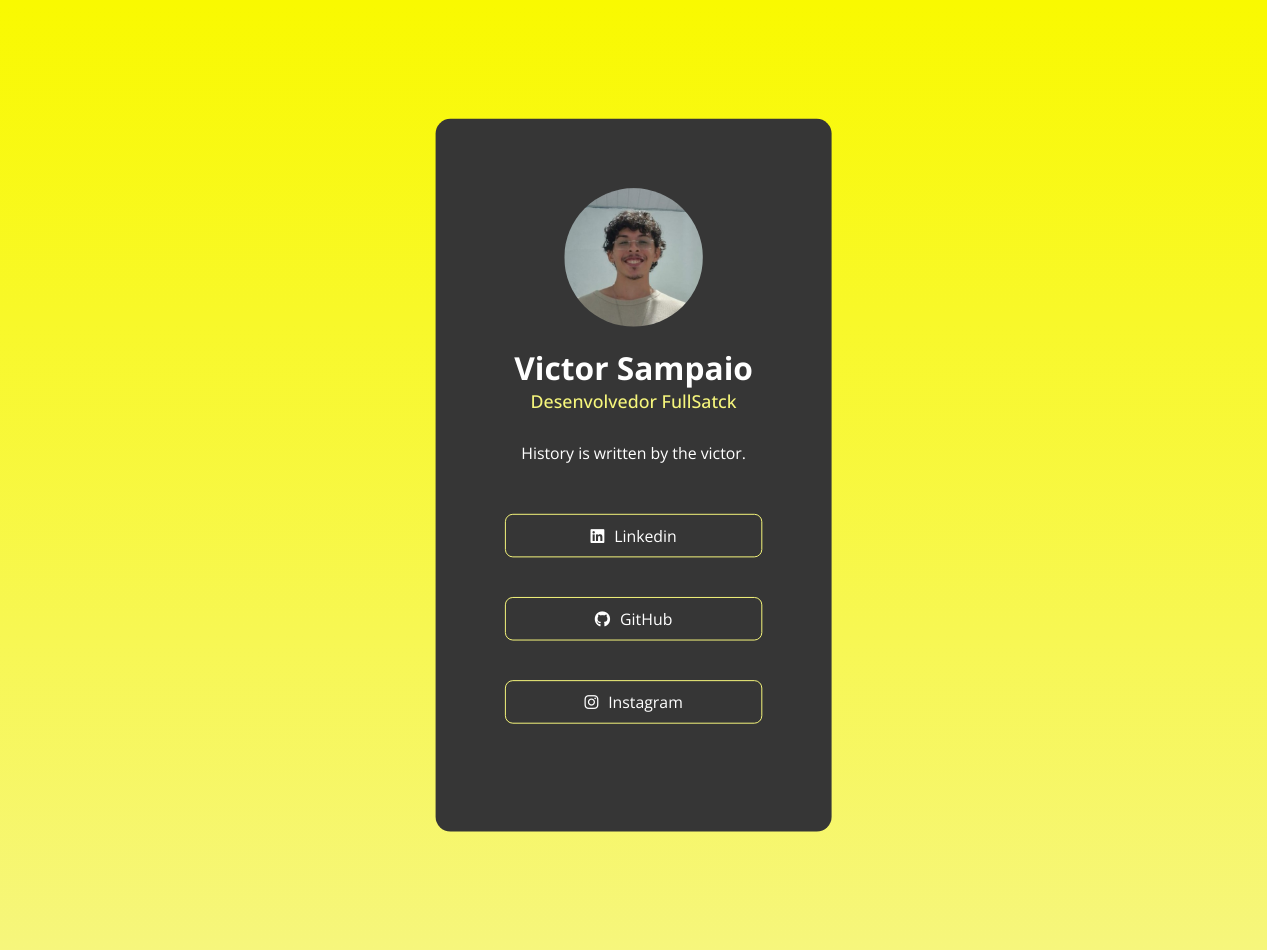
Repository: VictorSampaioDev/linkthree-gt9
Page: index.html
These files come from the project's save history. The page is drawn as it stood at one moment and after the next save; the edit follows.
The browser window is 1280 px wide. The pictures show the whole page, at 99% of full size.

Above is the page before, as saved 2025-04-11 16:08:54.
Not found: .effects.css

### index.html
<!DOCTYPE html>
<html lang="pt-br">
<head>
    <meta charset="UTF-8">
    <meta name="viewport" content="width=device-width, initial-scale=1.0">
    <title>linkthree JV</title>
    <link rel="stylesheet" href="style.css">
    <link rel="icon" type="image/png" href="assets/psyduck1.png">
    <link rel="preconnect" href="https://fonts.googleapis.com">
    <link rel="preconnect" href="https://fonts.gstatic.com" crossorigin>
    <link href="https://fonts.googleapis.com/css2?family=Open+Sans:ital,wght@0,300..800;1,300..800&display=swap" rel="stylesheet">
    <link rel="stylesheet" href="https://cdnjs.cloudflare.com/ajax/libs/font-awesome/6.5.0/css/all.min.css">
</head>
<body>
    <div class="container-main">
<!-- imagem -->
        <div class="container-image">
            <img src="./assets/image-profile.jpeg" alt="Foto de Perfil">
        </div>
<!-- Titulos -->
      <div class="container-infos">
        <h1>Victor Sampaio</h1>
        <h2>Desenvolvedor FullSatck</h2>
      </div>
<!-- Paragrafo -->
      <div class="container-paragrafo">
        <p>
            History is written by the victor.
        </p>
      </div>
<!-- lista estilizada ("botões") -->
      <div class="container-social-links">
        <ul>
                <a href="https://www.linkedin.com/in/joao-victor-sampaio-30a556355/" target="_blank">
                    <li>
                        <!-- icone -->
                        <i class="fa-brands fa-linkedin"></i>
                        <!-- paragrafo -->
                        <p>Linkedin</p>
                    </li>
                </a>

                <a href="https://github.com/VictorSampaioDev" target="_blank">
                   <li>
                    <i class="fa-brands fa-github"></i>
                    <p>GitHub</p>
                   </li>
                </a>

                <a href="https://www.instagram.com/jovetorr" target="_blank">
                   <li>
                    <i class="fa-brands fa-instagram"></i>
                    <p>Instagram</p>
                   </li>
                </a>
        </ul>
    </div>
</body>
</html>

### style.css

@import url(".effects.css");

* {
    font-family: "Open Sans", sans-serif;
    margin: 0;
    padding: 0;
    box-sizing: border-box;
}
body{
    background: linear-gradient(
        to bottom,
        rgb(249, 249, 0),
        rgb(246, 246, 124),
        rgb(0, 0, 0)
    );
    background-size: 200% 200%;
    animation: animateGradient 6s ease infinite;

}
.container-main{
    background-color: #363636;
    width: 400px;
    height: 720px;
    box-sizing: border-box;
    margin: 120px auto;
    padding: 70px;
    border-radius: 15px;
    text-align: center;
}
.container-image{

    & img{
       width: 140px;
       border-radius: 100%;
    }
}
.container-infos{
    margin-top: 15px;
    margin-bottom: 10px;
}
.container-infos h1{
    font-weight: 700;
    color: white;
}
.container-infos h2{
    font-weight: 500;
    font-size: 18px;
    color: rgb(246, 246, 124);
}
.container-paragrafo{
    margin-top: 30px;
    color: white;
    margin-bottom: 50px;
}
.container-social-links ul {
    display: flex;
    flex-direction: column;
    gap: 40px;
}
.container-social-links li {
    display: flex;
    justify-content: center;
    gap: 10px;
    align-items: center;
    border: 1px solid rgb(246, 246, 124);
    border-radius: 8px;
    padding: 10px;
    transition: background-color 0.3s;


    &:hover{
        background-color: rgb(246, 246, 124);
    }
  }

.container-social-links a {
    text-decoration: none;
    color: white;
    transition: color 0.3s;

    &:hover{
        color: black;
    }
}

After the next save:
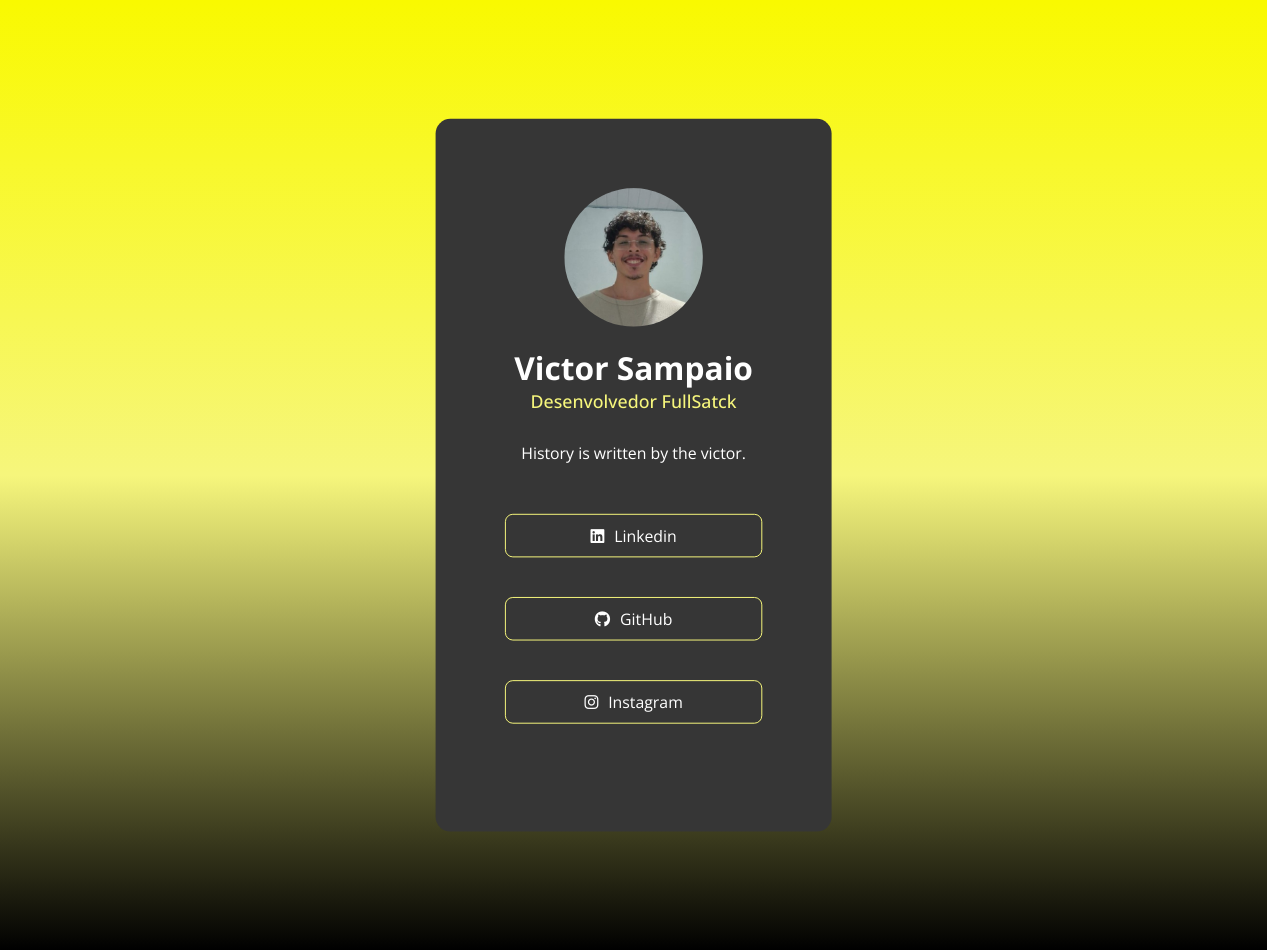
Saved 2 min 0 s later.
--- a/style.css
+++ b/style.css
@@ -14,7 +14,6 @@
         rgb(246, 246, 124),
         rgb(0, 0, 0)
     );
-    background-size: 200% 200%;
     animation: animateGradient 6s ease infinite;
 
 }

After the save that followed:
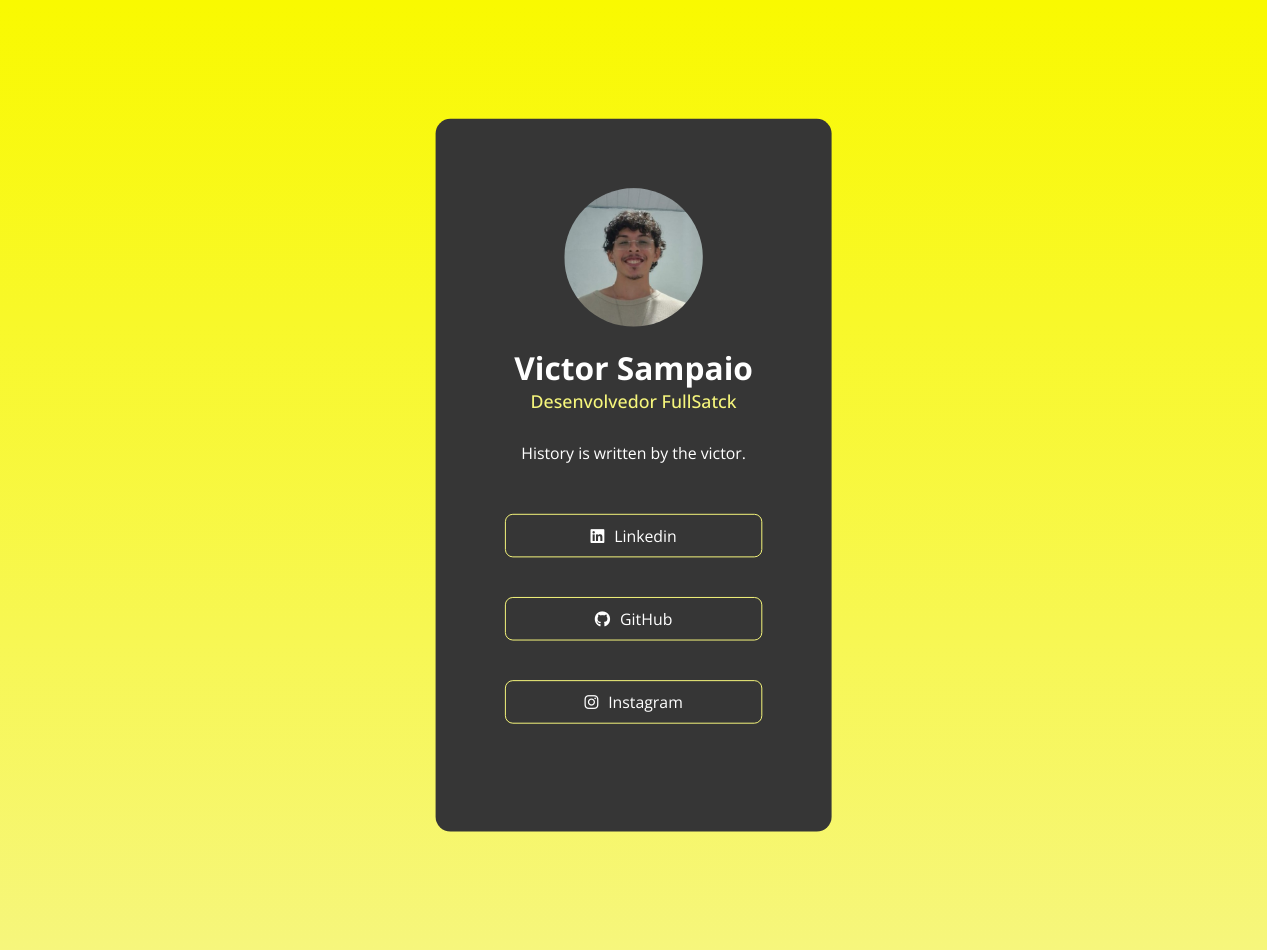
Saved 5 s later.
--- a/style.css
+++ b/style.css
@@ -15,6 +15,7 @@
         rgb(0, 0, 0)
     );
     animation: animateGradient 6s ease infinite;
+    background-size: 200% 200%;
 
 }
 .container-main{
